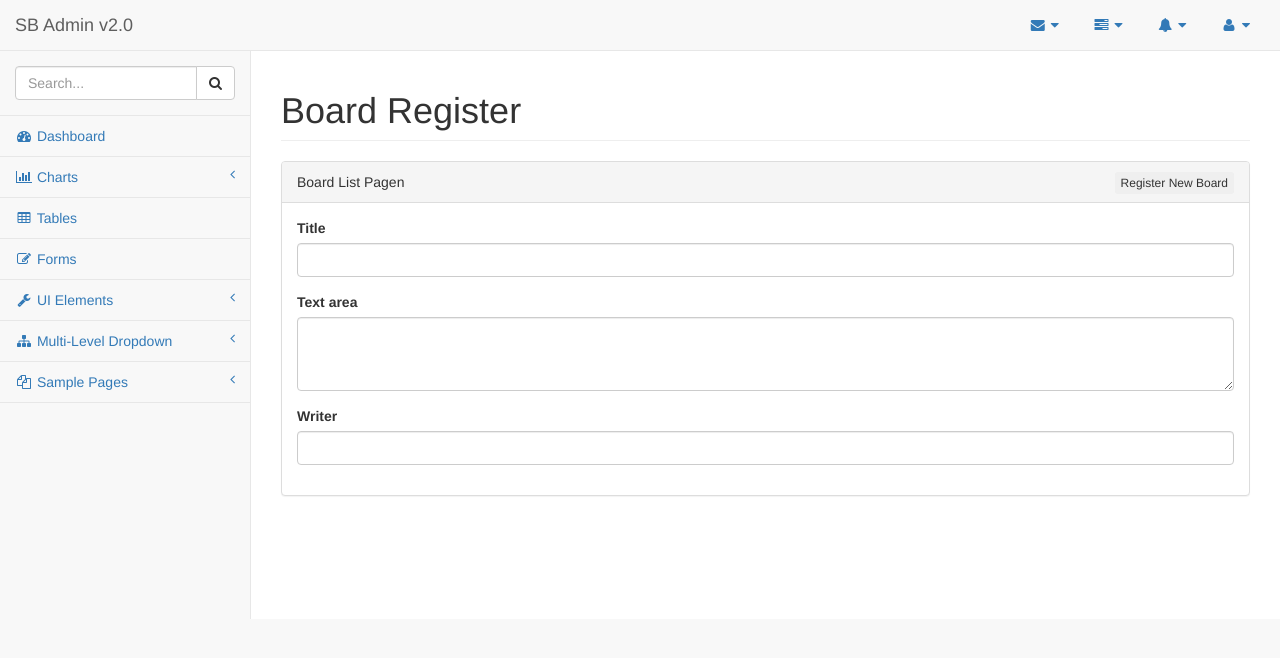
Repository: seulbeelee/springEx
Page: http://localhost/ex02/WEB-INF/views/board/register.jsp
An editor plug-in stored every save of this project. The page is shown before and after the next save, followed by the edit.
The browser window is 1280 px wide. The pictures show the whole page.
The page is served by Tomcat 9. Nobody is signed in. The template is opened directly, without the code that normally fills it, so the values that code supplies are empty.

Above is the page before, as saved 2020-12-26 14:40:02.

After the next save:
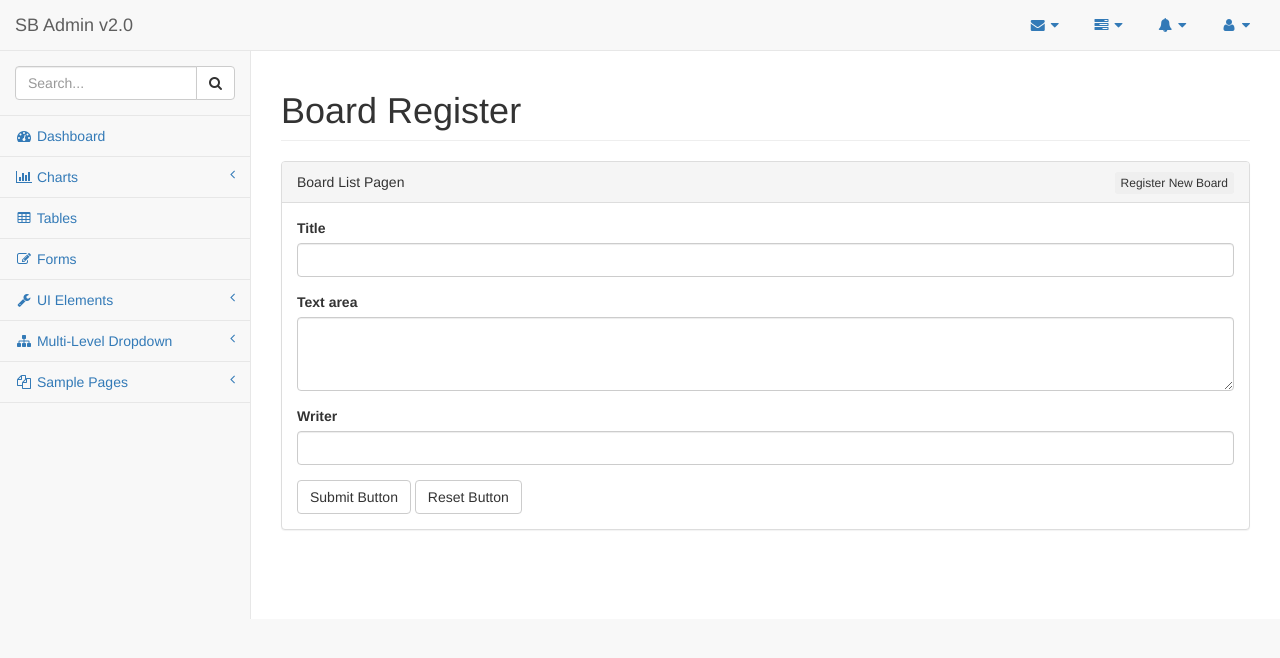
Saved 66 s later.
--- a/ex02/src/main/webapp/WEB-INF/views/board/register.jsp
+++ b/ex02/src/main/webapp/WEB-INF/views/board/register.jsp
@@ -32,6 +32,8 @@
 						<label>Writer</label>
 						<input class="form-control" name="writer">
 					</div>
+					<button type="submit" class="btn btn-default">Submit Button</button>
+					<button type="reset" class="btn btn-default">Reset Button</button>
 
 				</form>
 			</div>
